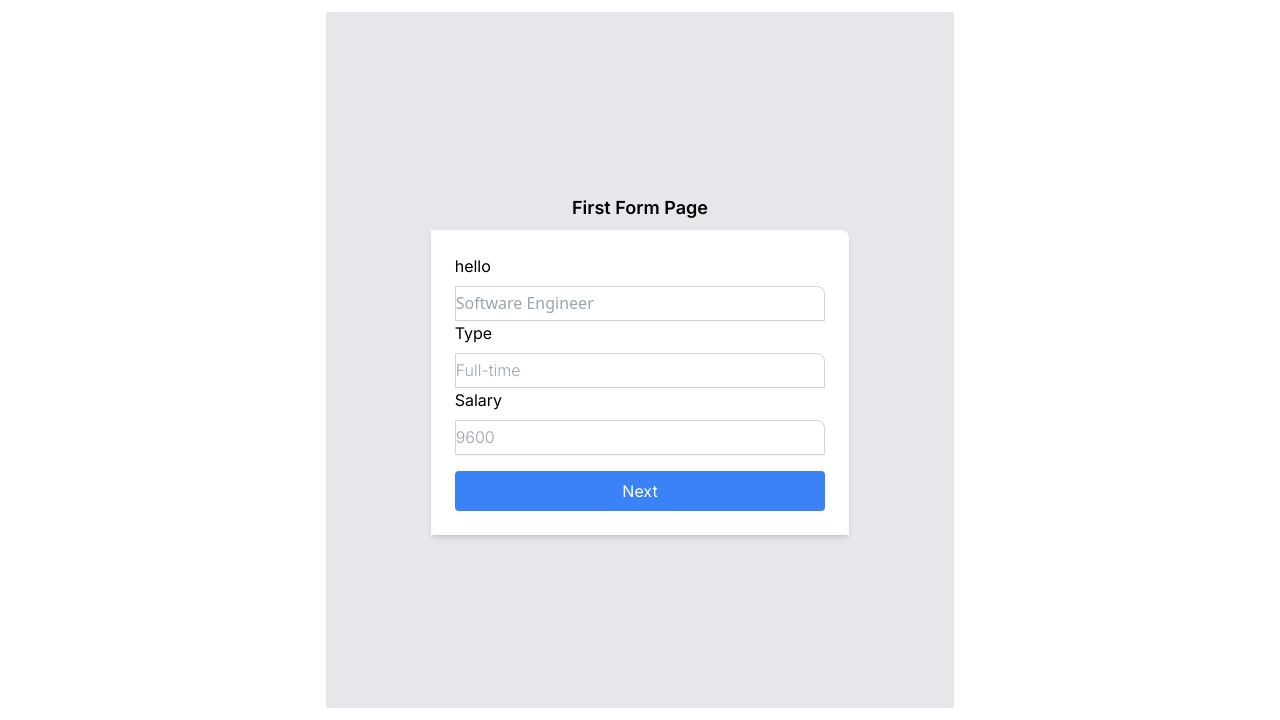
Repository: Abdibaye/Job-Sphere
Page: /form
These files come from the project's save history. The page is drawn as it stood at one moment and after the next save; the edit follows.
The browser window is 1280 px wide. The pictures show the whole page.
The project was rebuilt for these pictures with package versions that can differ from the ones it lists, and the page was loaded fresh each time. Also part of the build but not shown: vite.config.js, src/components/search.jsx, src/components/navbar.jsx, src/pages/descriptionpage.jsx, src/components/job.jsx, src/components/feed.jsx, src/components/saved.jsx, src/components/filter.jsx and 4 more.

Above is the page before, as saved 2025-02-23 11:50:17.

### index.html
<!doctype html>
<html lang="en">
  <head>
    <meta charset="UTF-8" />
    <link rel="icon" type="image/svg+xml" href="/vite.svg" />

    <link rel="preconnect" href="https://fonts.googleapis.com">
    <link rel="preconnect" href="https://fonts.gstatic.com" crossorigin>
    <link href="https://fonts.googleapis.com/css2?family=Inter:ital,opsz,wght@0,14..32,100..900;1,14..32,100..900&family=Open+Sans:ital,wght@0,300..800;1,300..800&family=Poppins:wght@100;200;300;400;600;700&display=swap" rel="stylesheet">

    <meta name="viewport" content="width=device-width, initial-scale=1.0" />
    <title>Vite + React</title>
  </head>
  <body>
    <div id="root"></div>
    <script type="module" src="/src/main.jsx"></script>
  </body>
</html>

### src/main.jsx
import { StrictMode } from 'react'
import { createRoot } from 'react-dom/client'
import './index.css'
import App from './App.jsx'
import Description from './pages/descriptionpage.jsx'
import HomePage from './pages/homepage.jsx'

createRoot(document.getElementById('root')).render(
  <StrictMode>
    <App />
  </StrictMode>,
)

### src/App.jsx
import Navbar from "./components/navbar";
import Description from "./pages/descriptionpage";
import HomePage from "./pages/homepage";
import LoginPage from "./pages/loginpage";
import SignUp from "./pages/Signup";
import { BrowserRouter, Routes, Route, Outlet } from "react-router-dom";
import Feed from "./components/feed";
import Forms from "./pages/formpage";

function App() {
  return (
    <BrowserRouter>
      <Routes>
        {/* Default route for login */}
        <Route path="/" element={<LoginPage />} />

        {/* Nested routes under Navbar */}
        <Route path="/navbar" element={<Navbar />}>
          <Route index element={<HomePage    />} /> {/* Default child route */}
          <Route path="description" element={<Description />} /> {/* Relative path */}
        </Route>

        {/* Signup route */}
        <Route path="/signup" element={<SignUp />} />


        <Route path='/form' element = {<Forms />} />
      </Routes>
    </BrowserRouter>
  );
}

export default App;

### src/pages/formpage.jsx
import { BrowserRouter, Routes, Route, Link, Outlet } from "react-router-dom";
import Form from "../components/form";
import { useState } from "react";



function Forms(){
    const [step, setStep] = useState(0);

    return(
        <>
        <div>
        <section>
            {step === 0 &&
             <Form title={"hello"}  />}
        </section>
        <section>
            {step === 1 && <div>hello</div>
             }

        </section>
        </div>
        </>
    )


}



export default Forms;

### src/components/form.jsx
import { useFormik } from "formik";
import { formvalidation } from "./formvalidation";
import { useState } from "react";

const initialValues = {
  title: '',
  type: '',
  salary: ''
};

function Form({title}) {



  const { values, handleBlur, handleChange, handleSubmit, errors } = useFormik({
    initialValues,
    validationSchema: formvalidation,
    onSubmit: (values) => {
      console.log(values);
    },
  });

  return (
    <div className="h-screen font-inter flex justify-center p-3">
      <div className="bg-gray-200 w-1/2 rounded-sm flex flex-col justify-center items-center">

        <h1 className="m-2 font-semibold text-lg">First Form Page</h1>
          <form
          onSubmit={handleSubmit}
          className="bg-white w-2/3 h-fit flex flex-col justify-center p-6 rounded-tr-lg shadow-md"
        >

          <label className="mb-2">{title}</label>
          <input
            name="title"
            value={values.title}
            onChange={handleChange}
            onBlur={handleBlur}
            className="h-[35px] border border-gray-300 rounded-tr-lg shadow-sm focus:outline-none font-sans font-light"
            type="text"
            placeholder="Software Engineer"
          />
          {errors.title && <small className="text-red-500">{errors.title}</small>}


          <label className="mb-2">Type</label>
          <input
            name="type"
            value={values.type}
            onChange={handleChange}
            onBlur={handleBlur}
            className="h-[35px] border border-gray-300 rounded-tr-lg shadow-sm focus:outline-none font-light"
            type="text"
            placeholder="Full-time"
          />
          {errors.type && <small className="text-red-500">{errors.type}</small>}


          <label className="mb-2">Salary</label>
          <input
            name="salary"
            value={values.salary}
            onChange={handleChange}
            onBlur={handleBlur}
            className="h-[35px] border border-gray-300 rounded-tr-lg shadow-sm focus:outline-none font-light"
            type="text"
            placeholder="9600"
          />
          {errors.salary && <small className="text-red-500">{errors.salary}</small>}



          <button
            type="submit"
            className="mt-4 bg-blue-500 text-white py-2 px-4 rounded hover:bg-blue-600 transition-colors"
          >
            Next
          </button>
        </form>

      </div>
    </div>
  );
}

export default Form;

### src/components/formvalidation.jsx
import * as Yup from 'yup'

export const formvalidation = Yup.object({
    title: Yup.string().min(3).required("Enter title"),
    type: Yup.string().min(3).required("Enter Salary"),
    salary: Yup.number().min(1).required('please enter salary')
})

### tailwind.config.js
/** @type {import('tailwindcss').Config} */
export default {
  content: [
    "./index.html",
    "./src/**/*.{js,ts,jsx,tsx}",
  ],
  theme: {
    extend: {
      fontFamily: {
        'inter': ['Inter', 'sans-serif'],
      },
    },
  },
  plugins: [],
}

Loaded but not shown: src/index.css (common file)

After the next save:
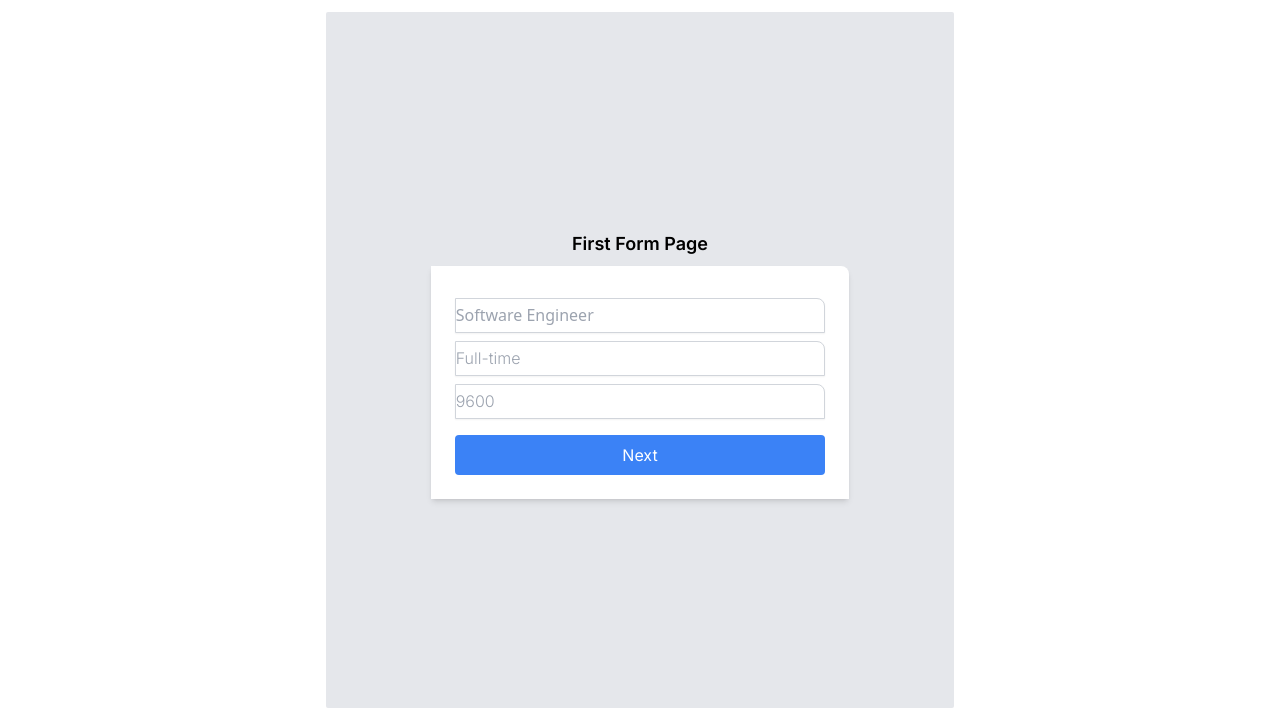
Saved 2 min 28 s later.
--- a/src/components/form.jsx
+++ b/src/components/form.jsx
@@ -8,7 +8,7 @@ const initialValues = {
   salary: ''
 };
 
-function Form({title}) {
+function Form({prob1, prob2, prob3}) {
 
 
 
@@ -30,7 +30,7 @@ function Form({title}) {
           className="bg-white w-2/3 h-fit flex flex-col justify-center p-6 rounded-tr-lg shadow-md"
         >
 
-          <label className="mb-2">{title}</label>
+          <label className="mb-2">{prob1}</label>
           <input
             name="title"
             value={values.title}
@@ -43,7 +43,7 @@ function Form({title}) {
           {errors.title && <small className="text-red-500">{errors.title}</small>}
 
 
-          <label className="mb-2">Type</label>
+          <label className="mb-2">{prob2}</label>
           <input
             name="type"
             value={values.type}
@@ -56,7 +56,7 @@ function Form({title}) {
           {errors.type && <small className="text-red-500">{errors.type}</small>}
 
 
-          <label className="mb-2">Salary</label>
+          <label className="mb-2">{prob3}</label>
           <input
             name="salary"
             value={values.salary}

After the save that followed:
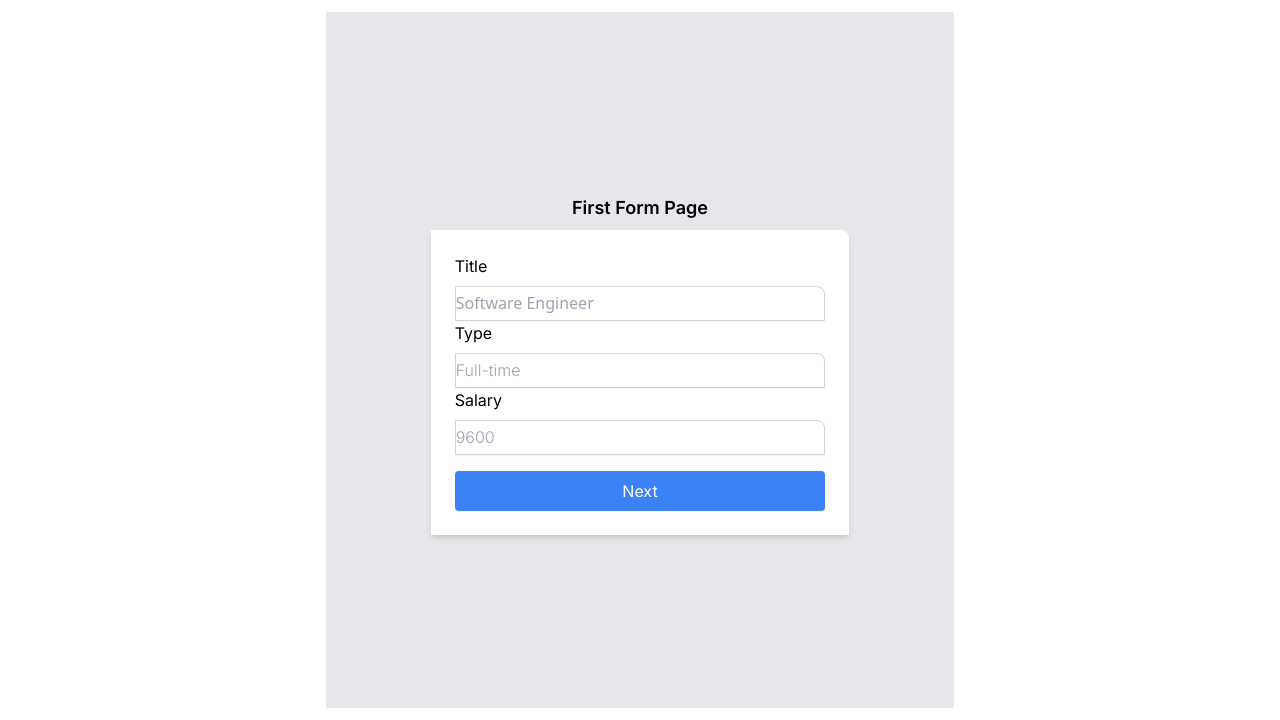
Saved 67 s later.
--- a/src/pages/formpage.jsx
+++ b/src/pages/formpage.jsx
@@ -12,7 +12,7 @@ function Forms(){
         <div>
         <section>
             {step === 0 &&
-             <Form title={"hello"}  />}
+             <Form prob1={"Title"} prob2={"Type"} prob3={"Salary"}  />}
         </section>
         <section>
             {step === 1 && <div>hello</div>
